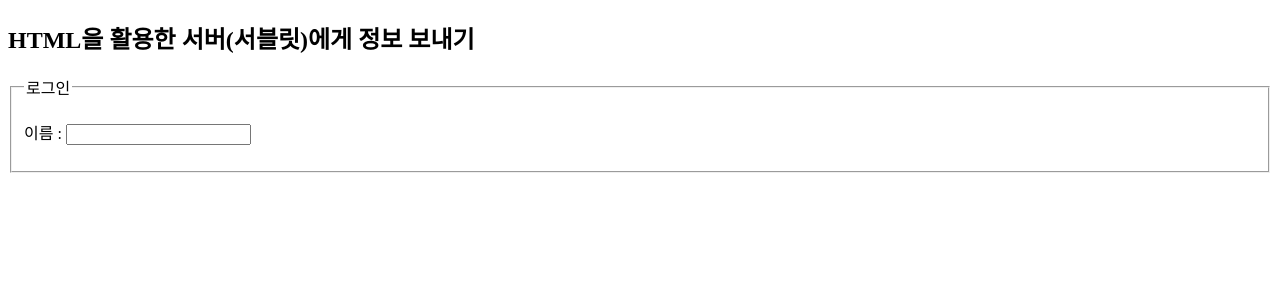
Repository: Kebiskim/2023_jspStudy
Page: 01_servlet/src/main/webapp/view/Ex10.html
These files come from the project's save history. The page is drawn as it stood at one moment and after the next save; the edit follows.
The browser window is 1280 px wide. The pictures show the whole page.

Above is the page before, as saved 2023-07-03 02:13:13.

After the next save:
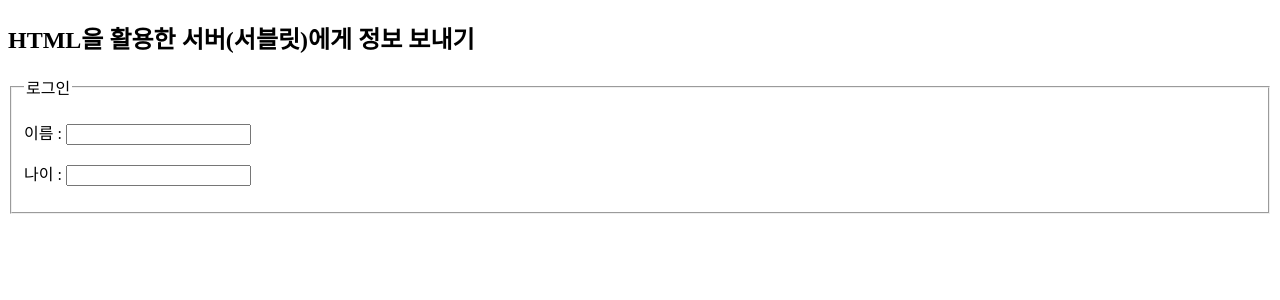
Saved 10 s later.
--- a/01_servlet/src/main/webapp/view/Ex10.html
+++ b/01_servlet/src/main/webapp/view/Ex10.html
@@ -10,7 +10,9 @@
 	<fieldset>
 		<legend>로그인</legend>
 		<p><label for="">이름 : </label>
-		<input type="text" name="name" id="name" required></p>
+			<input type="text" name="name" id="name" required></p>
+		<p><label for="">나이 : </label>
+			<input type="text" name="name" id="name" required></p>
 
 	</fieldset>
 	</form>
